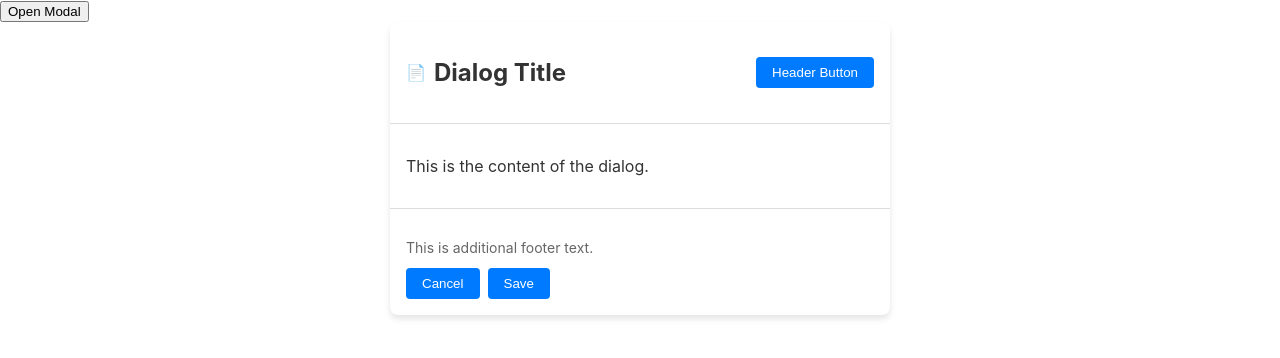
Repository: OliverKostic/dialog-app
Page: /, after clicking the first element matching `button`
The author's editor kept a copy of each file at every save. The page is drawn from the files as they stood at one save, then again after the next save.
The browser window is 1280 px wide. The pictures show the whole page.
The project was rebuilt for these pictures with package versions that can differ from the ones it lists, and the page was loaded fresh each time.

Above is the page before, as saved 2024-11-28 12:05:57.

After the next save:
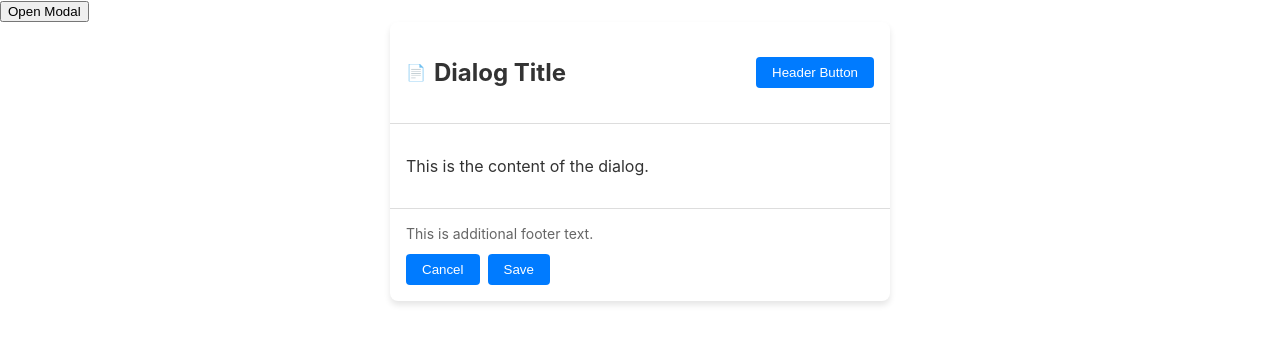
Saved 93 s later.
--- a/src/components/Modal/Footer.tsx
+++ b/src/components/Modal/Footer.tsx
@@ -9,7 +9,7 @@ interface FooterProps {
 const Footer: React.FC<FooterProps> = ({ buttons, description }) => {
   return (
     <div className={styles.footer}>
-      {description && <p className={styles.description}>{description}</p>} {/* Additional text */}
+      {description && <div className={styles.description}>{description}</div>}
       <div className={styles.buttons}>
         {buttons?.map((button, index) => (
           <span key={index}>{button}</span>
